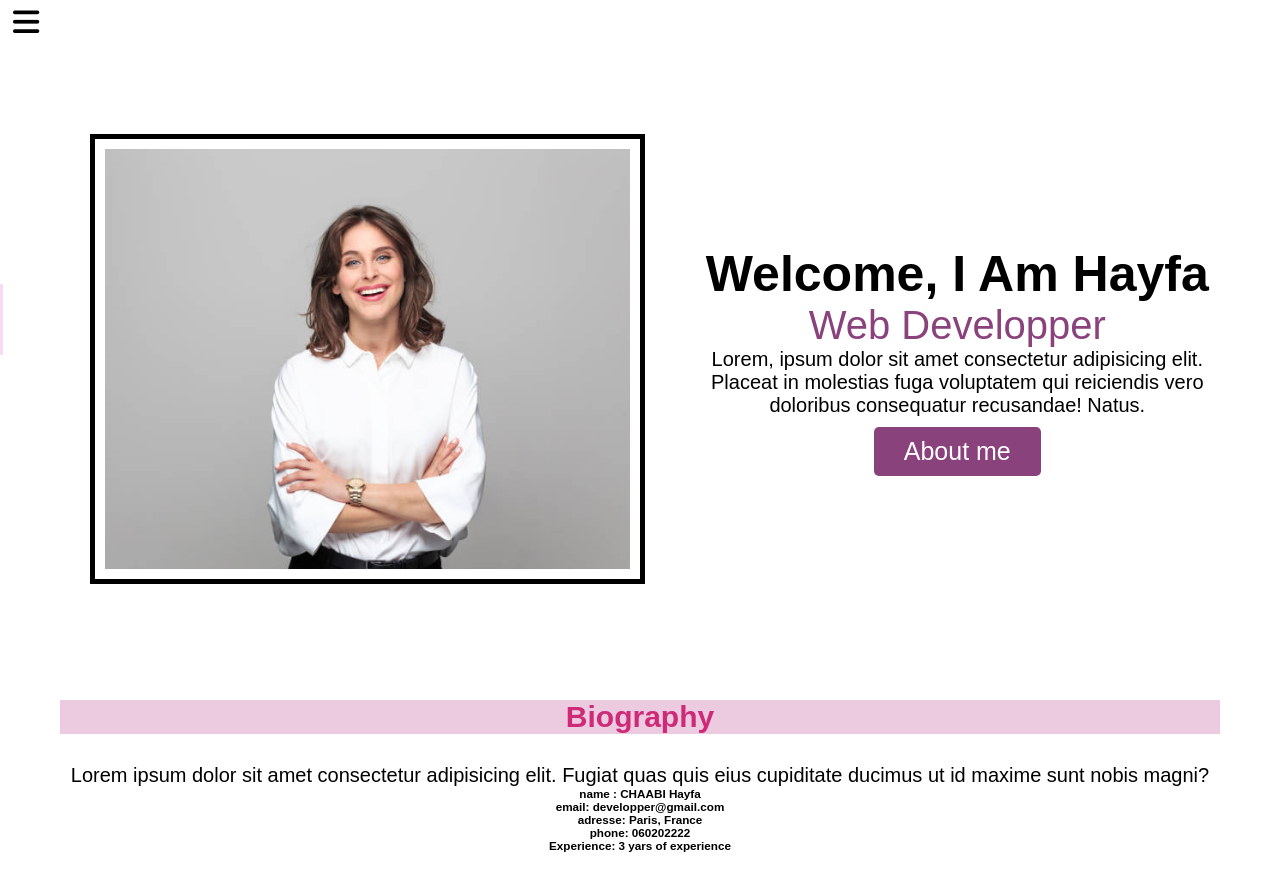
Repository: haifabilel/portfolio_project
Page: http://localhost/
These files come from the project's save history. The page is drawn as it stood at one moment and after the next save; the edit follows.
The browser window is 1280 px wide. The pictures show the whole page.
Some web fonts or font styles are not loaded; a fallback is used. The page is run by PHP 8.4 with error messages shown; the project is at /var/www/html/.

Above is the page before, as saved 2023-09-15 21:00:45.

After the next save:
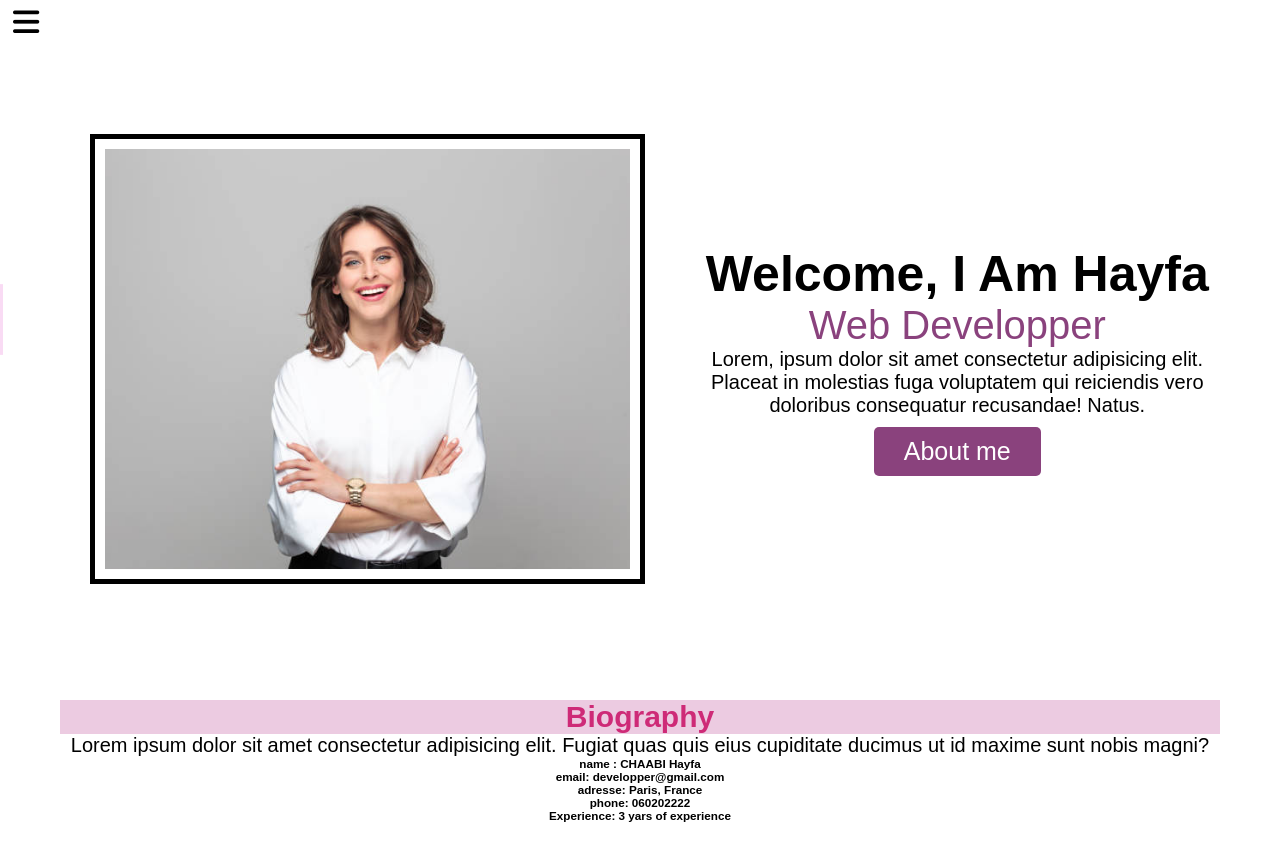
Saved 26 s later.
--- a/css/style.css
+++ b/css/style.css
@@ -165,7 +165,7 @@
 /* About section starts */
 h2{
     margin-top: -50px;
-    margin-bottom:3rem;
+
     text-align: center;
     font-size: 3rem;
     color: var(--pinkLight);

After the save that followed:
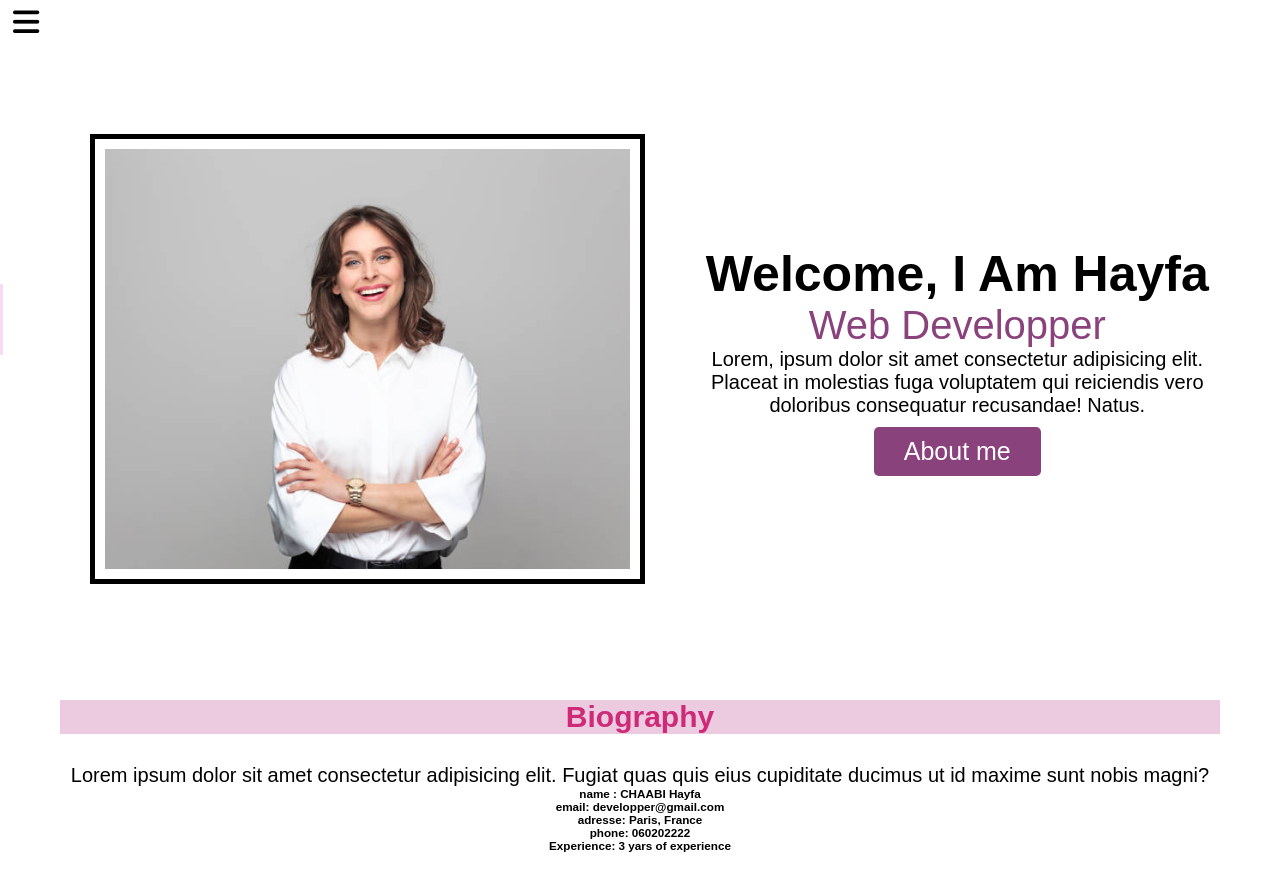
Saved 8 s later.
--- a/css/style.css
+++ b/css/style.css
@@ -165,7 +165,7 @@
 /* About section starts */
 h2{
     margin-top: -50px;
-
+    margin-bottom:3rem;
     text-align: center;
     font-size: 3rem;
     color: var(--pinkLight);
